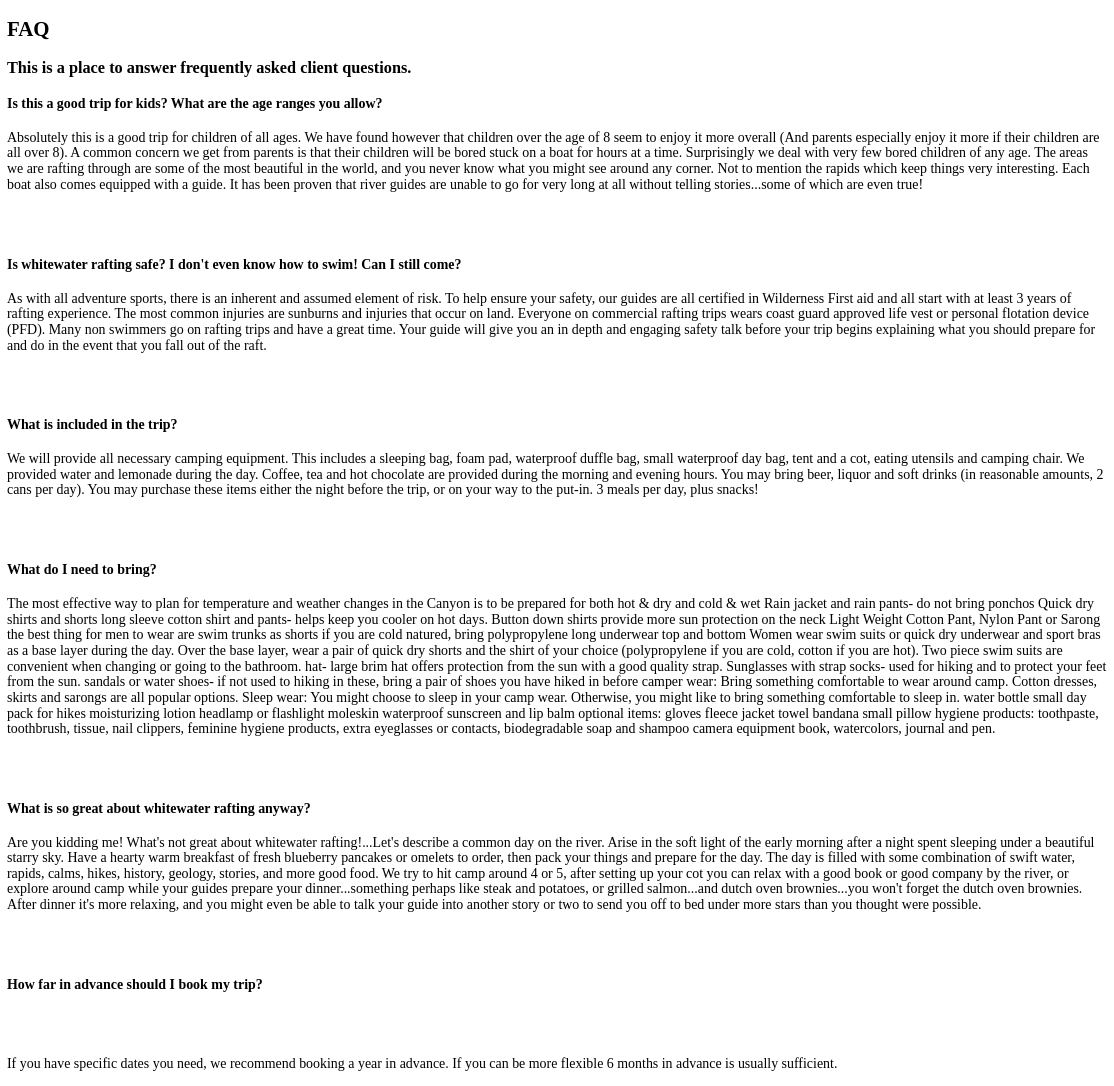
Repository: nak97/WDD-130
Page: wrr/faq.html
These files come from the project's save history. The page is drawn as it stood at one moment and after the next save; the edit follows.
The browser window is 1280 px wide. The pictures show the whole page, at 87% of full size.

Above is the page before, as saved 2023-03-08 10:01:45.

After the next save:
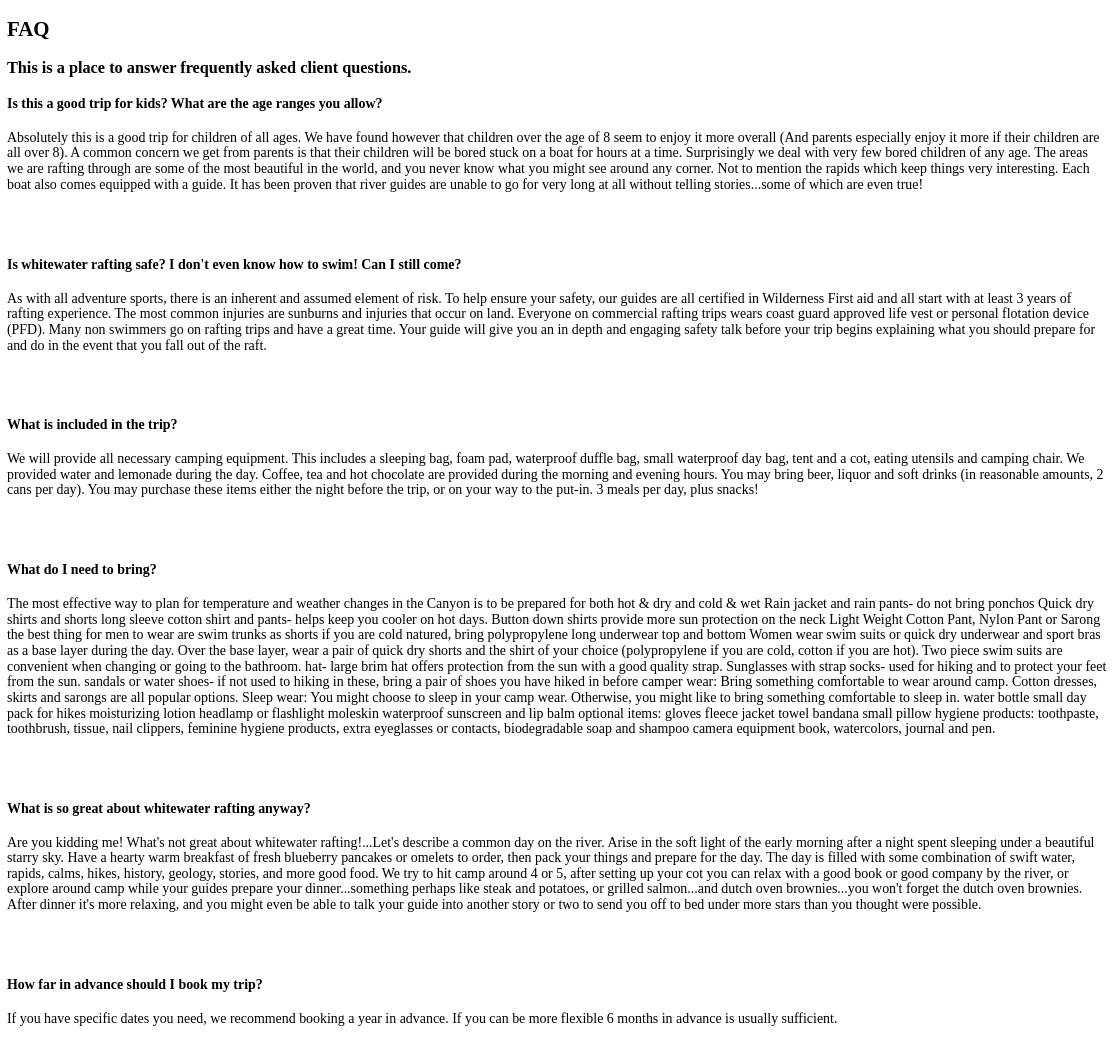
Saved 5 s later.
--- a/wrr/faq.html
+++ b/wrr/faq.html
@@ -38,7 +38,7 @@
 <h4>What is so great about whitewater rafting anyway?</h4>
  <p>Are you kidding me! What's not great about whitewater rafting!...Let's describe a common day on the river.
   Arise in the soft light of the early morning after a night spent sleeping under a beautiful starry sky. Have a hearty warm breakfast of fresh blueberry pancakes or omelets to order, then pack your things and prepare for the day. The day is filled with some combination of swift water, rapids, calms, hikes, history, geology, stories, and more good food. We try to hit camp around 4 or 5, after setting up your cot you can relax with a good book or good company by the river, or explore around camp while your guides prepare your dinner...something perhaps like steak and potatoes, or grilled salmon...and dutch oven brownies...you won't forget the dutch oven brownies. After dinner it's more relaxing, and you might even be able to talk your guide into another story or two to send you off to bed under more stars than you thought were possible.</p>  <br><br>
-<h4>How far in advance should I book my trip?</h4> <br><br>
+<h4>How far in advance should I book my trip?</h4>
  <p> If you have specific dates you need, we recommend booking a year in advance. If you can be more flexible 6 months in advance is usually sufficient.</p>
 
 
